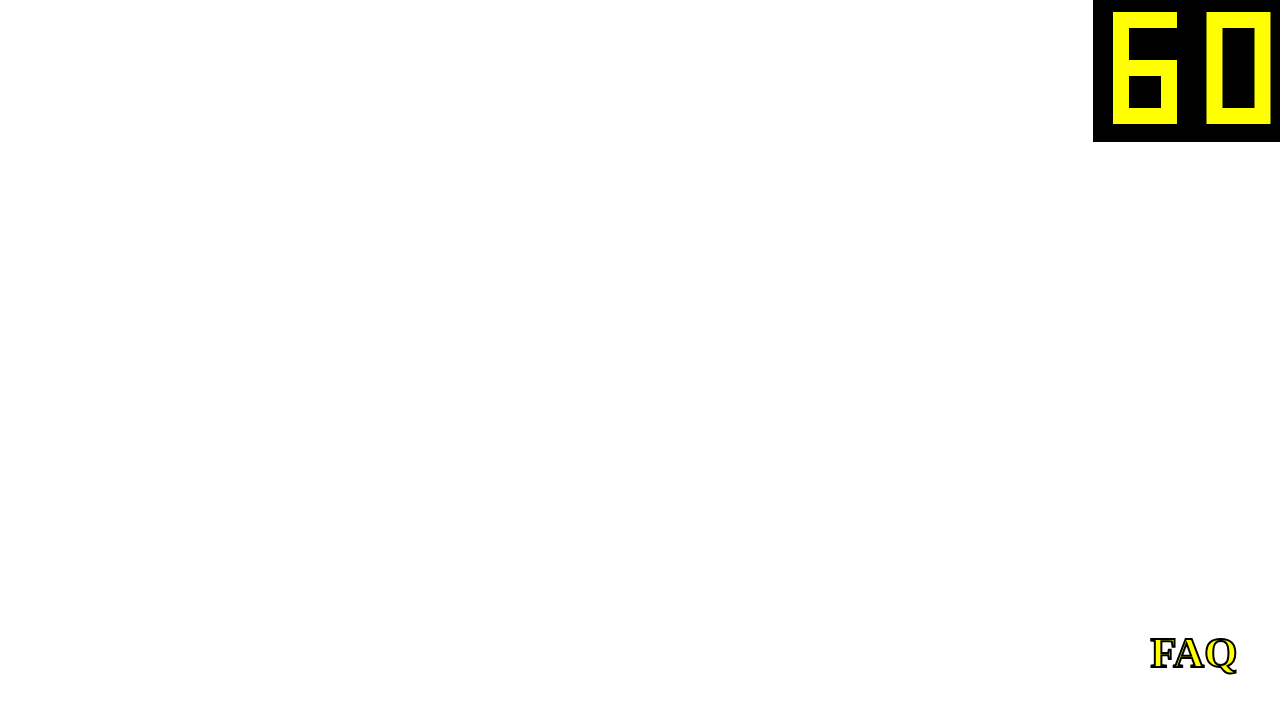
Repository: aliendetonator/fake-fraps-counter
Page: index.html
An editor plug-in stored every save of this project. The page is shown before and after the next save, followed by the edit.
The browser window is 1280 px wide. The pictures show the whole page.

Above is the page before, as saved 2023-08-31 04:26:42.

After the next save:
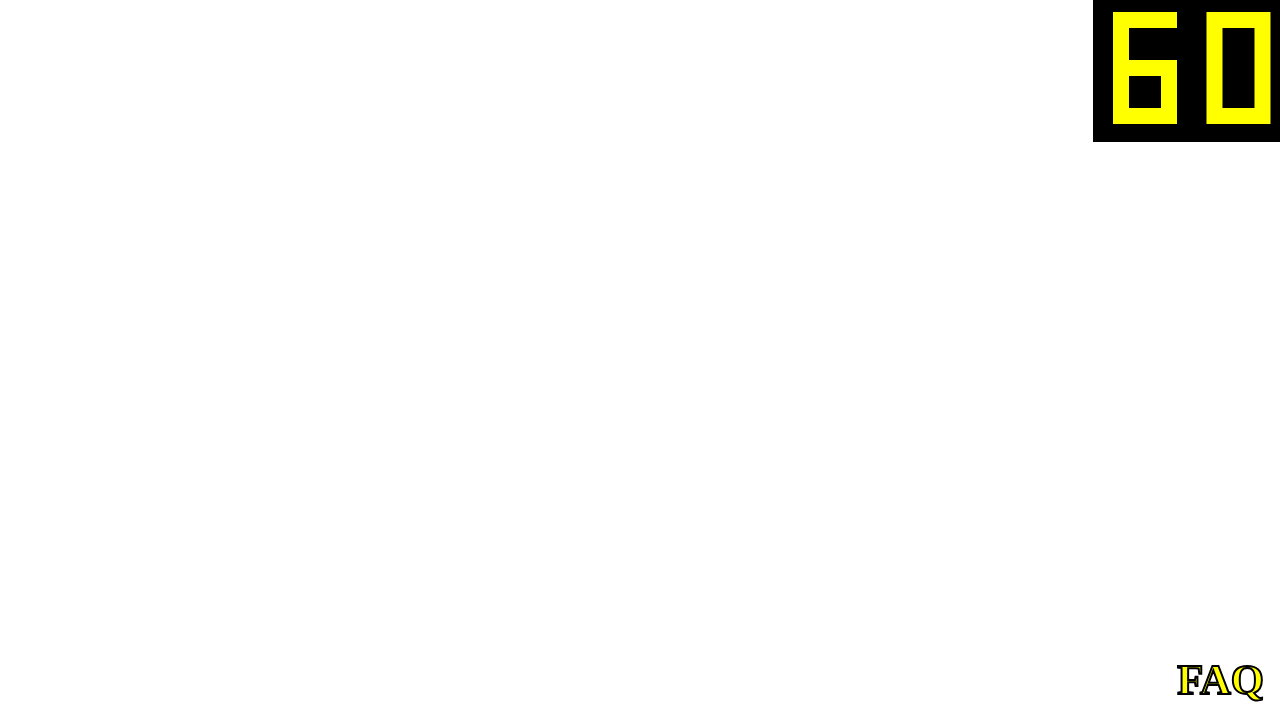
Saved 7 s later.
--- a/src/css/index.css
+++ b/src/css/index.css
@@ -27,12 +27,12 @@ footer{
     position: absolute;
     bottom: 1em;
     right: 1em;
-    font-size: 32pt;
 }
 
 footer a{
     font-weight: 900;
     -webkit-text-stroke: 2px #000;
+    font-size: 32pt;
 }
 
 footer a:link,
